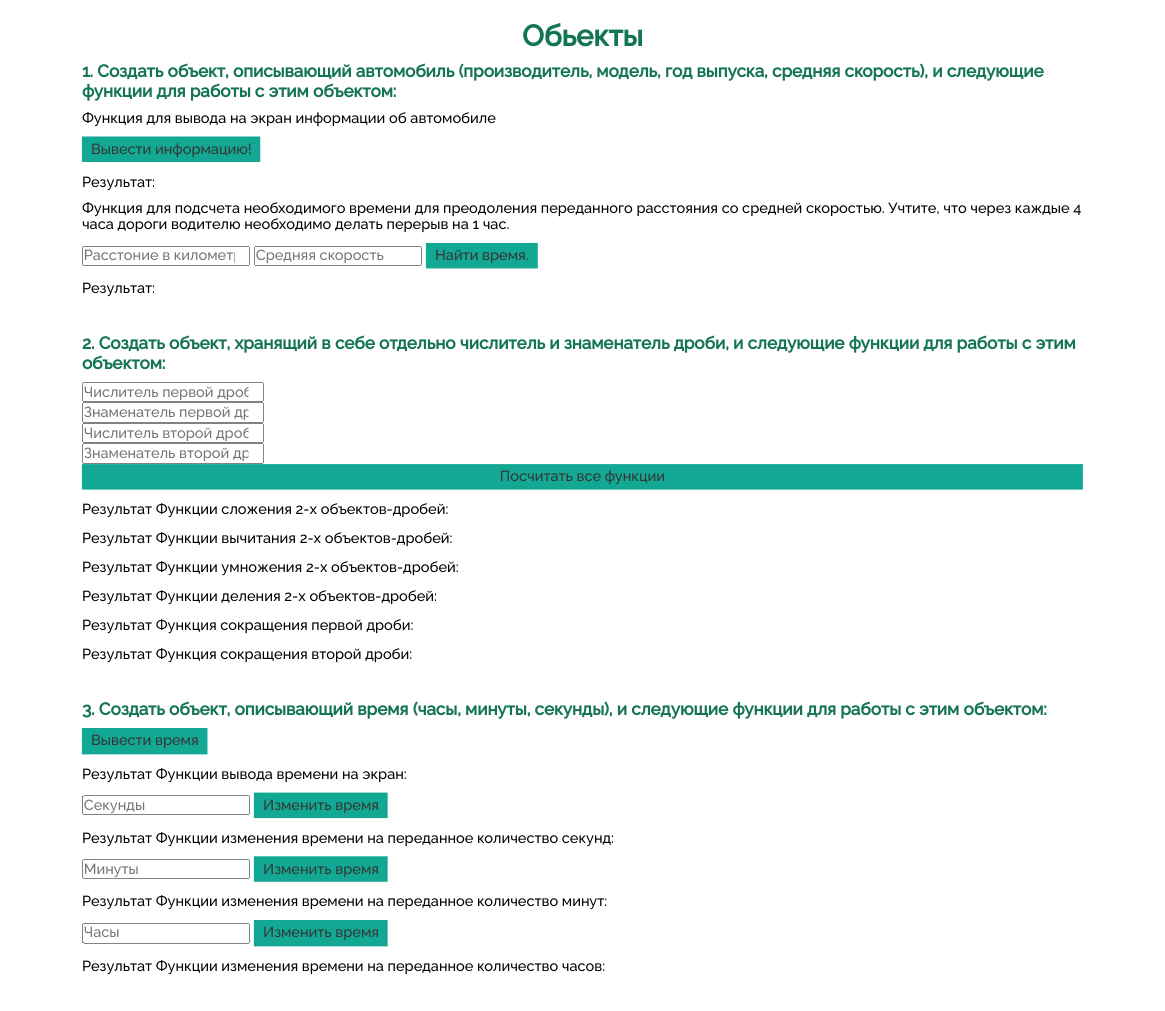
Repository: NastyaGavrilova/Beetroot-js
Page: HW4/index.html
These files come from the project's save history. The page is drawn as it stood at one moment and after the next save; the edit follows.
The browser window is 1280 px wide. The pictures show the whole page, at 91% of full size.

Above is the page before, as saved 2021-10-23 17:31:21.

### HW4/index.html
<!DOCTYPE html>
<html lang="en">
  <head>
    <meta charset="UTF-8" />
    <meta http-equiv="X-UA-Compatible" content="IE=edge" />
    <meta name="viewport" content="width=device-width, initial-scale=1.0" />
    <link
      rel="stylesheet"
      href="https://cdnjs.cloudflare.com/ajax/libs/normalize/8.0.1/normalize.min.css"
      integrity="sha512-NhSC1YmyruXifcj/KFRWoC561YpHpc5Jtzgvbuzx5VozKpWvQ+4nXhPdFgmx8xqexRcpAglTj9sIBWINXa8x5w=="
      crossorigin="anonymous"
      referrerpolicy="no-referrer"
    />
    <link rel="stylesheet" href="./index.css" />
    <link rel="shortcut icon" href="./favicon.ico" type="image/x-icon" />
    <style>
      @import url("https://fonts.googleapis.com/css2?family=Raleway:wght@300;500&display=swap");
    </style>
    <title>Objects</title>
  </head>
  <body>
    <header class="c-header">
      <div class="c-header__wrapper">
        <h1 class="c-header__title title">Обьекты</h1>
      </div>
    </header>

    <section class="c-task1 task">
      <div class="c-task1__wrapper">
        <h3 class="c-task1__title title">
          1. Создать объект, описывающий автомобиль (производитель, модель, год
          выпуска, средняя скорость), и следующие функции для работы с этим
          объектом:
        </h3>
        <p class="c-task1__paragraph">
          Функция для вывода на экран информации об автомобиле
        </p>
        <button class="c-task1__btn" id="js-task1-btn">
          Вывести информацию!
        </button>
        <p class="c-task1__result">
          Результат: <span id="js-tak1-span"></span>
        </p>
        <p class="c-task1__subparagraph">
          Функция для подсчета необходимого времени для преодоления переданного
          расстояния со средней скоростью. Учтите, что через каждые 4 часа
          дороги водителю необходимо делать перерыв на 1 час.
        </p>
        <form action="#" method="post" id="js-tak1-form">
          <input
            type="number"
            id="js-task1-input1"
            placeholder="Расстоние в километрах"
          />
          <input
            type="number"
            id="js-task1-input2"
            placeholder="Средняя скорость"
          />
          <button id="js-task1-btn1">Найти время.</button>
        </form>
        <p class="c-task1__result">
          Результат: <span id="js-task1-span1"></span>
        </p>
      </div>
    </section>

    <section class="c-task2 task">
      <div class="c-task2__wrapper">
        <h3 class="c-task2__title title">
          2. Создать объект, хранящий в себе отдельно числитель и знаменатель
          дроби, и следующие функции для работы с этим объектом:
        </h3>
        <form action="#" class="c-task2-form" method="get">
          <input
            type="number"
            class="c-input"
            id="js-task2-input1"
            placeholder="Числитель первой дроби"
          />
          <input
            type="number"
            class="c-input"
            id="js-task2-input2"
            placeholder="Знаменатель первой дроби"
          />
          <input
            class="c-input"
            type="number"
            id="js-task2-input3"
            placeholder="Числитель второй дроби"
          />
          <input
            type="number"
            class="c-input"
            id="js-task2-input4"
            placeholder="Знаменатель второй дроби"
          />

          <button id="js-task2-btn">Посчитать все функции</button>
        </form>
        <p class="c-task2__result">
          Результат Функции сложения 2-х объектов-дробей:
          <span id="js-task2-span1"></span>
        </p>
        <p class="c-task2__result">
          Результат Функции вычитания 2-х объектов-дробей:
          <span id="js-task2-span2"></span>
        </p>
        <p class="c-task2__result">
          Результат Функции умножения 2-х объектов-дробей:
          <span id="js-task2-span3"></span>
        </p>
        <p class="c-task2__result">
          Результат Функции деления 2-х объектов-дробей:
          <span id="js-task2-span4"></span>
        </p>
        <p class="c-task2__result">
          Результат Функция сокращения первой дроби:
          <span id="js-task2-span5"></span>
        </p>
        <p class="c-task2__result">
          Результат Функция сокращения второй дроби:
          <span id="js-task2-span6"></span>
        </p>
      </div>
    </section>

    <section class="c-task3 task">
      <div class="c-task3__wrapper">
        <h3 class="c-task3__title title">
          3. Создать объект, описывающий время (часы, минуты, секунды), и
          следующие функции для работы с этим объектом:
        </h3>
        <button id="js-task3-btn1">Вывести время</button>
        <p class="c-task3__result">
          Результат Функции вывода времени на экран:
          <span id="js-task3-span1"></span>
        </p>
        <form action="#" class="c-task2-form1" method="get">
          <input type="number" id="js-task3-input1" placeholder="Секунды" />
          <button id="js-task3-btn2">Изменить время</button>
        </form>
        <p class="c-task3__result">
          Результат Функции изменения времени на переданное количество секунд:
          <span id="js-task3-span2"></span>
        </p>
        <form action="#" class="c-task2-form2" method="get">
          <input type="number" id="js-task3-input2" placeholder="Минуты" />
          <button id="js-task3-btn3">Изменить время</button>
        </form>
        <p class="c-task3__result">
          Результат Функции изменения времени на переданное количество минут:
          <span id="js-task3-span3"></span>
        </p>
        <form action="#" class="c-task2-form3" method="get">
          <input type="number" id="js-task3-input3" placeholder="Часы" />
          <button id="js-task3-btn4">Изменить время</button>
        </form>
        <p class="c-task3__result">
          Результат Функции изменения времени на переданное количество часов:
          <span id="js-task3-span4"></span>
        </p>
        <!-- <p class="c-task3__result">
          Результат Функции изменения времени на переданное количество секунд:
          <span id="js-task3-span2"></span>
        </p>
        <p class="c-task3__result">
          Результат Функции изменения времени на переданное количество минут:
          <span id="js-task3-span3"></span>
        </p>
        <p class="c-task3__result">
          Результат Функции изменения времени на переданное количество часов:
          <span id="js-task3-span4"></span> -->
        <!-- </p> -->
      </div>
    </section>
    <script src="./index.js"></script>
  </body>
</html>

### HW4/index.css
* {
  box-sizing: border-box;
  padding: 0;
  margin: 0;
}

body {
  max-width: 1200px;
  margin: 0 auto;
  font-family: "Raleway", sans-serif;
}
.c-header {
  text-align: center;
}

.task {
  padding: 0 50px 30px 50px;
}
.title {
  margin-bottom: 10px;
  color: rgb(20, 117, 85);
}
p {
  margin-bottom: 10px;
  font-weight: 500;
}
span {
  font-size: 19px;
  font-weight: 500;
}
button {
  border: none;
  background-color: rgb(19, 168, 148);
  color: rgb(54, 53, 53);
  margin-bottom: 10px;
  font-weight: 500;
  padding: 5px 10px;
  cursor: pointer;
}
button:active {
  transform: scale(0.9);
}
.c-task2-form {
  display: flex;
  flex-direction: column;
}
.c-input {
  max-width: 200px;
}
/* display: flex;
flex-direction: column; */

### HW4/index.js
// task 1
let car = {
  producer: "Volkswagen",
  model: "Tiguan",
  year: 2007,
  avgSpeed: 120,
};

let btn1 = document.getElementById("js-task1-btn");
btn1.addEventListener("click", (e) => {
  let information = document.getElementById("js-tak1-span");
  return (information.innerHTML =
    "Producer: " +
    car.producer +
    ",\nModel: " +
    car.model +
    ",\nAge of issue: " +
    car.year +
    ",\nAverage speed: " +
    car.avgSpeed +
    " km/h");
});

let btn1_1 = document.getElementById("js-task1-btn1");
btn1_1.addEventListener("click", (event) => {
  event.preventDefault();
  const distance = document.getElementById("js-task1-input1");
  const averageSpeed = document.getElementById("js-task1-input2");
  let time = document.getElementById("js-task1-span1");
  let timeInWay = Math.round(distance.value / averageSpeed.value);
  let timeInRest =
    timeInWay % 4 == 0 ? ((timeInWay / 4) | 0) - 1 : (timeInWay / 4) | 0;
  let timeTotal = timeInWay + timeInRest;
  return (time.innerHTML = timeTotal);
});

// task 2
let firstNumerator = document.getElementById("js-task2-input1");
let firstDenominator = document.getElementById("js-task2-input2");
let secondNumerator = document.getElementById("js-task2-input3");
let secondDenominator = document.getElementById("js-task2-input4");

function Fraction(upNumber, downNumber) {
  return { upNumber: upNumber, downNumber: downNumber };
}
let firstFraction = Fraction(firstNumerator, firstDenominator);
let secondFraction = Fraction(secondNumerator, secondDenominator);

function fracAddition(obj1, obj2) {
  let addition = document.getElementById("js-task2-span1");
  let resultUpNumber =
    obj1.upNumber.value * obj2.downNumber.value +
    obj2.upNumber.value * obj1.downNumber.value;
  let resultDownNumber = obj1.downNumber.value * obj2.downNumber.value;
  if (obj1.upNumber.value != 0 || obj2.upNumber.value != 0) {
    if (obj1.downNumber.value != 0 && obj2.downNumber.value != 0) {
      return (addition.innerHTML = `${resultUpNumber}/${resultDownNumber}`);
    } else {
      return (addition.innerHTML = "Деление на 0 невозможно!");
    }
  } else {
    return (addition.innerHTML = 0);
  }
}
function fracSubtraction(obj1, obj2) {
  let subtraction = document.getElementById("js-task2-span2");
  let resultUpNumber =
    obj1.upNumber.value * obj2.downNumber.value -
    obj2.upNumber.value * obj1.downNumber.value;
  let resultDownNumber = obj1.downNumber.value * obj2.downNumber.value;
  if (obj1.upNumber.value != 0 || obj2.upNumber.value != 0) {
    if (obj1.downNumber.value != 0 && obj2.downNumber.value != 0) {
      return (subtraction.innerHTML = `${resultUpNumber}/${resultDownNumber}`);
    } else {
      return (subtraction.innerHTML = "Деление на 0 невозможно!");
    }
  } else {
    return (subtraction.innerHTML = 0);
  }
}
function fracMiltiplicatin(obj1, obj2) {
  let multiplication = document.getElementById("js-task2-span3");
  let resultUpNumber = obj1.upNumber.value * obj2.upNumber.value;
  let resultDownNumber = obj1.downNumber.value * obj2.downNumber.value;
  if (obj1.upNumber.value != 0 && obj2.upNumber.value != 0) {
    if (obj1.downNumber.value != 0 && obj2.downNumber.value != 0) {
      return (multiplication.innerHTML = `${resultUpNumber}/${resultDownNumber}`);
    } else {
      return (multiplication.innerHTML = "Деление на 0 невозможно!");
    }
  } else {
    return (multiplication.innerHTML = 0);
  }
}
function fracDevision(obj1, obj2) {
  let devision = document.getElementById("js-task2-span4");
  let resultUpNumber = obj1.upNumber.value * obj2.downNumber.value;
  let resultDownNumber = obj1.downNumber.value * obj2.upNumber.value;
  if (obj1.downNumber.value != 0 && obj2.upNumber.value != 0) {
    if (obj1.upNumber.value != 0 && obj2.downNumber.value != 0) {
      return (devision.innerHTML = `${resultUpNumber}/${resultDownNumber}`);
    } else {
      return (devision.innerHTML = 0);
    }
  } else {
    return (devision.innerHTML = "Деление на 0 невозможно!");
  }
}

function fracReductionFirst(obj1) {
  let reduction = document.getElementById("js-task2-span5");
  let n;
  let d;

  for (var i = 2; i <= obj1.upNumber.value; i++) {
    if (obj1.upNumber.value % i === 0 && obj1.downNumber.value % i === 0) {
      (n = obj1.upNumber.value / i), (d = obj1.downNumber.value / i);
    }
  }

  if (obj1.upNumber.value != 0) {
    if (obj1.downNumber.value != 0) {
      return (reduction.innerHTML = n + "/" + d);
    } else {
      return (reduction.innerHTML = "Деление на 0 невозможно!");
    }
  } else {
    return (reduction.innerHTML = "Невозможно сократить дробь");
  }
}
function fracReductionSeocnd(obj2) {
  let reduction1 = document.getElementById("js-task2-span6");
  let n1;
  let d1;
  for (var j = 2; j <= obj2.upNumber.value; j++) {
    if (obj2.upNumber.value % j === 0 && obj2.downNumber.value % j === 0) {
      (n1 = obj2.upNumber.value / j), (d1 = obj2.downNumber.value / j);
    }
  }
  if (obj2.upNumber.value != 0) {
    if (obj2.downNumber.value != 0) {
      return (reduction1.innerHTML = n1 + "/" + d1);
    } else {
      return (reduction1.innerHTML = "Деление на 0 невозможно!");
    }
  } else {
    return (reduction1.innerHTML = "Невозможно сократить дробь");
  }
}
let btn2 = document.getElementById("js-task2-btn");
btn2.addEventListener("click", (et) => {
  et.preventDefault();
  fracAddition(firstFraction, secondFraction);
  fracSubtraction(firstFraction, secondFraction);
  fracMiltiplicatin(firstFraction, secondFraction);
  fracDevision(firstFraction, secondFraction);
  fracReductionFirst(firstFraction);
  fracReductionSeocnd(secondFraction);
});

// task 3

let btn3 = document.getElementById("js-task3-btn1");
let btn31 = document.getElementById("js-task3-btn2");
let btn32 = document.getElementById("js-task3-btn3");
let btn33 = document.getElementById("js-task3-btn4");

let objTime = {
  hours: 12,
  minutes: 45,
  seconds: 17,
  showTime: function (spanEl) {
    return (spanEl.innerHTML = `${this.hours}:${this.minutes}:${this.seconds}`);
  },
  addSeconds: function (seconds) {
    if (seconds <= 0) {
      alert("You entered incorrect time!");
    } else if (seconds + this.seconds >= 60) {
      let differenceMin = Math.floor((this.seconds + seconds) / 60);
      this.seconds = (this.seconds + seconds) % 60;
      this.addMinutes(differenceMin);
    } else {
      this.seconds += seconds;
    }
  },
  addMinutes: function (minutes) {
    if (minutes <= 0) {
      alert("You entered incorrect time!!!");
    } else if (this.minutes + minutes >= 60) {
      let differenceHours = Math.floor((this.minutes + minutes) / 60);
      this.minutes = (this.minutes + minutes) % 60;

      this.addHours(differenceHours);
    } else {
      this.minutes += minutes;
    }
  },
  addHours: function (hours) {
    if (hours <= 0) {
      alert("You entered incorrect time!");
    } else if (hours + this.hours >= 24) {
      this.hours = (this.hours + hours) % 24;
      console.log(hours);
    } else {
      this.hours += hours;
    }
  },
};

btn3.addEventListener("click", (e) => {
  e.preventDefault();
  let showInfoTime = document.getElementById("js-task3-span1");
  objTime.showTime(showInfoTime);
});

btn33.addEventListener("click", (event) => {
  event.preventDefault();
  let hoursTime = document.getElementById("js-task3-input3");
  let showHourChange = document.getElementById("js-task3-span4");
  objTime.addHours(+hoursTime.value);
  objTime.showTime(showHourChange);
});

btn32.addEventListener("click", (e) => {
  e.preventDefault();
  let minTime = document.getElementById("js-task3-input2");
  let showMinChange = document.getElementById("js-task3-span3");
  objTime.addMinutes(+minTime.value);
  objTime.showTime(showMinChange);
});

btn31.addEventListener("click", (e) => {
  e.preventDefault();
  let secTime = document.getElementById("js-task3-input1");
  let showSecChange = document.getElementById("js-task3-span2");
  objTime.addSeconds(+secTime.value);
  objTime.showTime(showSecChange);
});

After the next save:
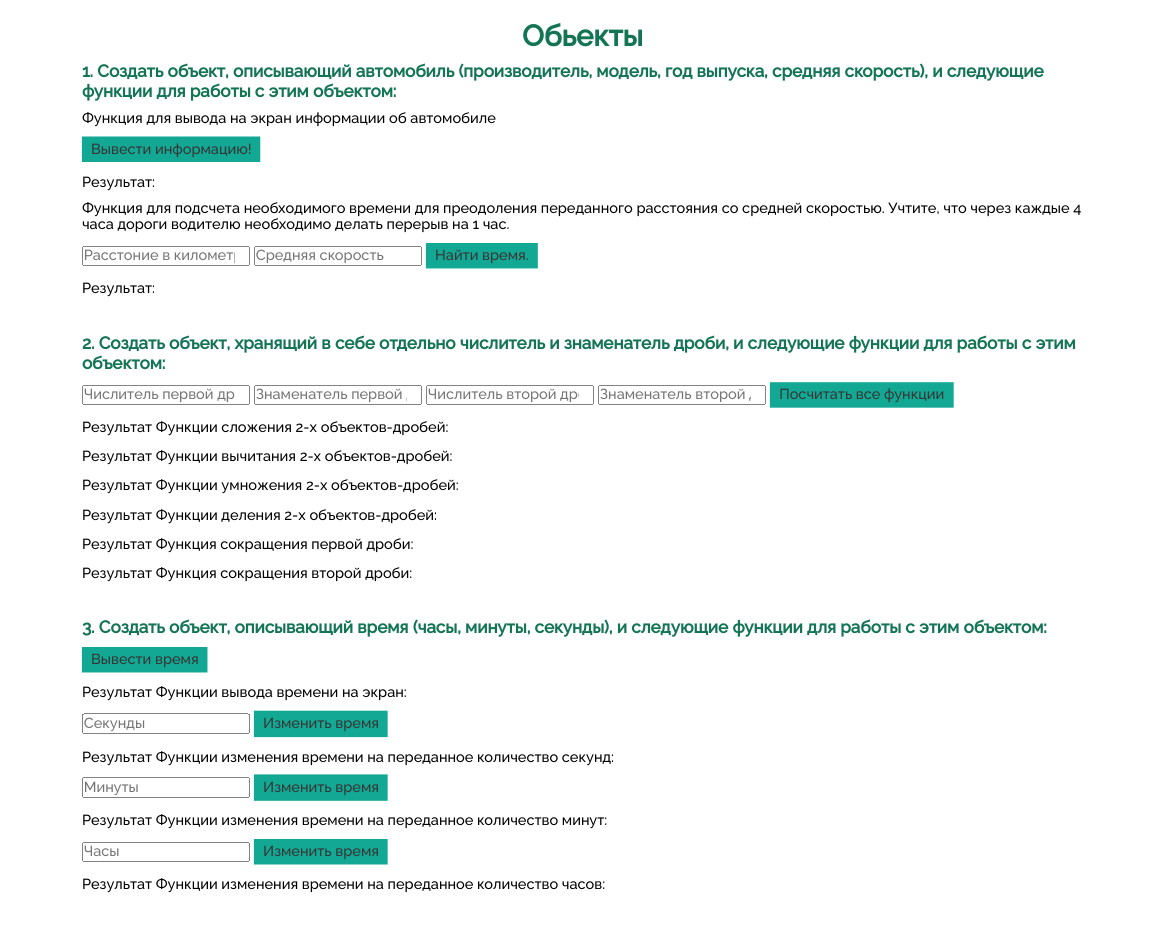
Saved 86 s later.
--- a/HW4/index.css
+++ b/HW4/index.css
@@ -40,7 +40,7 @@
 button:active {
   transform: scale(0.9);
 }
-.c-task2-form {
+form > .c-task2-form {
   display: flex;
   flex-direction: column;
 }

After the 5 saves that followed:
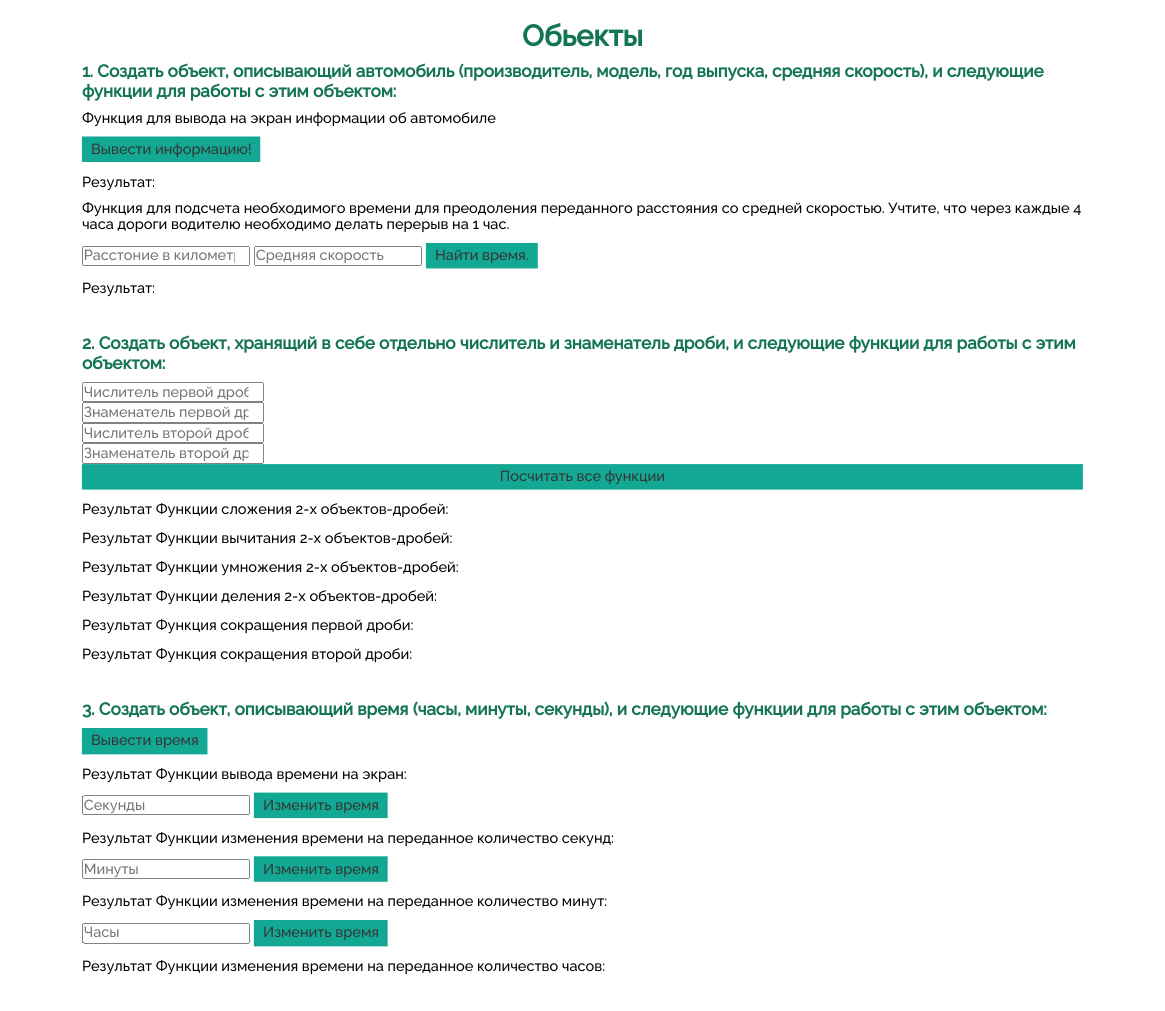
The 5 saves are shown as one change because 4 left the picture as it was.
The last was saved 2 min 27 s later.
--- a/HW4/index.html
+++ b/HW4/index.html
@@ -71,33 +71,36 @@
           2. Создать объект, хранящий в себе отдельно числитель и знаменатель
           дроби, и следующие функции для работы с этим объектом:
         </h3>
+
         <form action="#" class="c-task2-form" method="get">
-          <input
-            type="number"
-            class="c-input"
-            id="js-task2-input1"
-            placeholder="Числитель первой дроби"
-          />
-          <input
-            type="number"
-            class="c-input"
-            id="js-task2-input2"
-            placeholder="Знаменатель первой дроби"
-          />
-          <input
-            class="c-input"
-            type="number"
-            id="js-task2-input3"
-            placeholder="Числитель второй дроби"
-          />
-          <input
-            type="number"
-            class="c-input"
-            id="js-task2-input4"
-            placeholder="Знаменатель второй дроби"
-          />
+          <div class="c-task2-form__wrapper">
+            <input
+              type="number"
+              class="c-input"
+              id="js-task2-input1"
+              placeholder="Числитель первой дроби"
+            />
+            <input
+              type="number"
+              class="c-input"
+              id="js-task2-input2"
+              placeholder="Знаменатель первой дроби"
+            />
+            <input
+              class="c-input"
+              type="number"
+              id="js-task2-input3"
+              placeholder="Числитель второй дроби"
+            />
+            <input
+              type="number"
+              class="c-input"
+              id="js-task2-input4"
+              placeholder="Знаменатель второй дроби"
+            />
 
-          <button id="js-task2-btn">Посчитать все функции</button>
+            <button id="js-task2-btn">Посчитать все функции</button>
+          </div>
         </form>
         <p class="c-task2__result">
           Результат Функции сложения 2-х объектов-дробей:
--- a/HW4/index.css
+++ b/HW4/index.css
@@ -40,12 +40,13 @@
 button:active {
   transform: scale(0.9);
 }
-form > .c-task2-form {
+.c-task2-form__wrapper {
   display: flex;
   flex-direction: column;
 }
 .c-input {
   max-width: 200px;
 }
+
 /* display: flex;
 flex-direction: column; */
